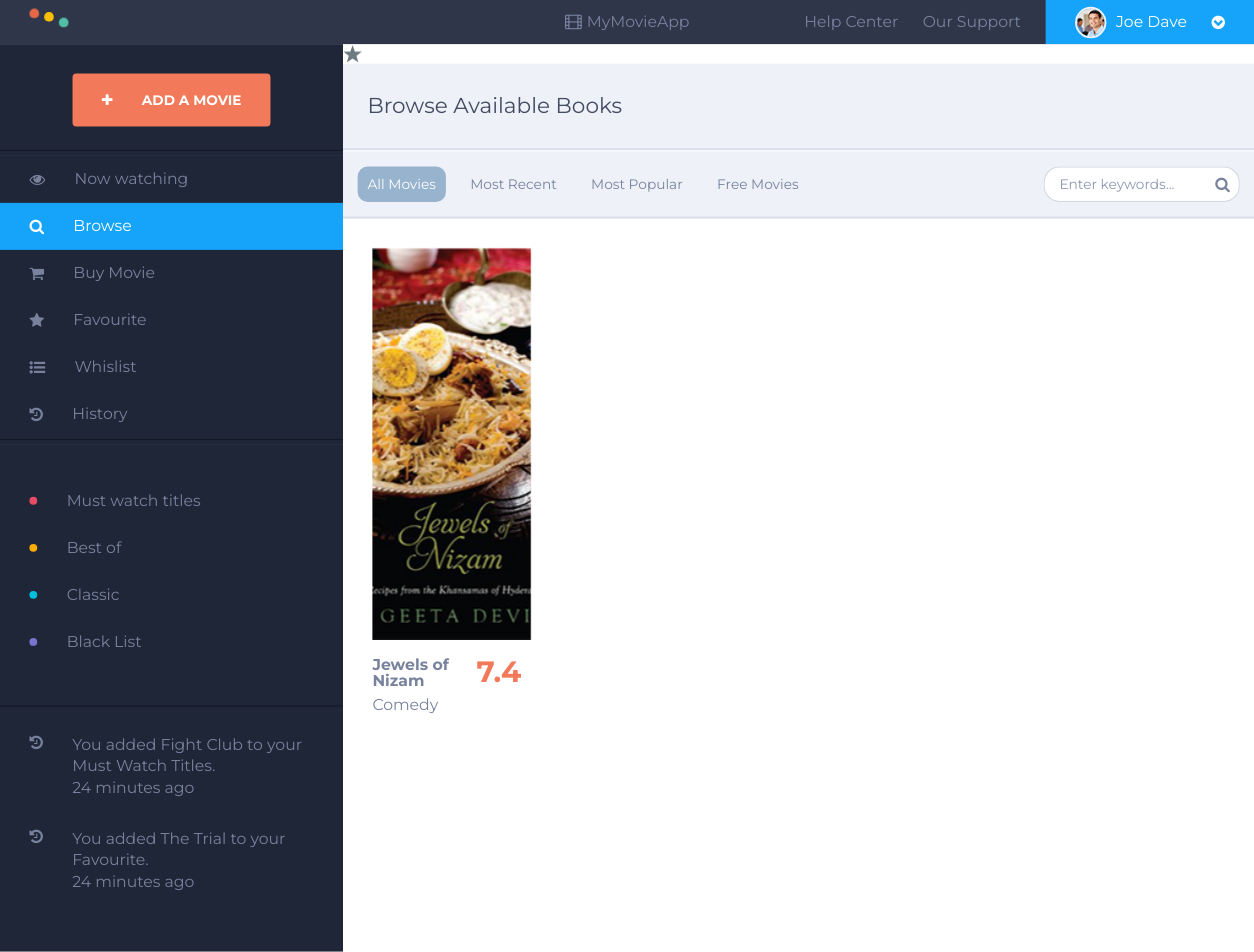
Repository: zyng/movie
Page: /
The author's editor kept a copy of each file at every save. The page is drawn from the files as they stood at one save, then again after the next save.
The browser window is 1280 px wide. The pictures show the whole page, at 98% of full size.
Some web libraries are served in a nearby version. The project was rebuilt for these pictures with package versions that can differ from the ones it lists, and the page was loaded fresh each time.

Above is the page before, as saved 2019-01-17 02:24:56.

After the next save:
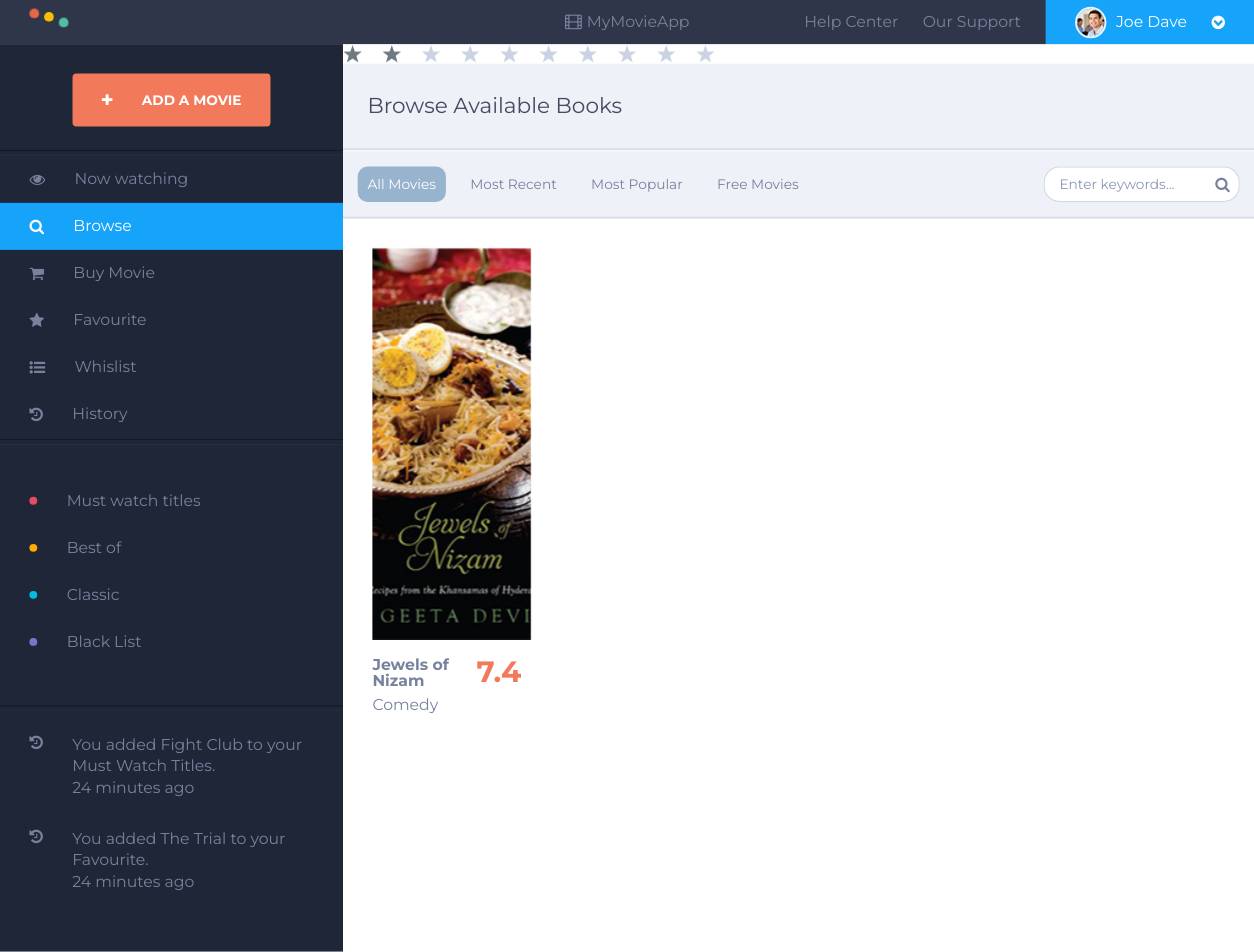
Saved 54 s later.
--- a/src/components/Main/Main.js
+++ b/src/components/Main/Main.js
@@ -17,7 +17,7 @@
                     rating={2}
                     starDimension="20px"
                     starSpacing="10px"
-                    numberOfStars='5'
+                    numberOfStars={10}
                 />
                 <header className="main__header">
                     <div className="main__title">Browse Available Books</div>
